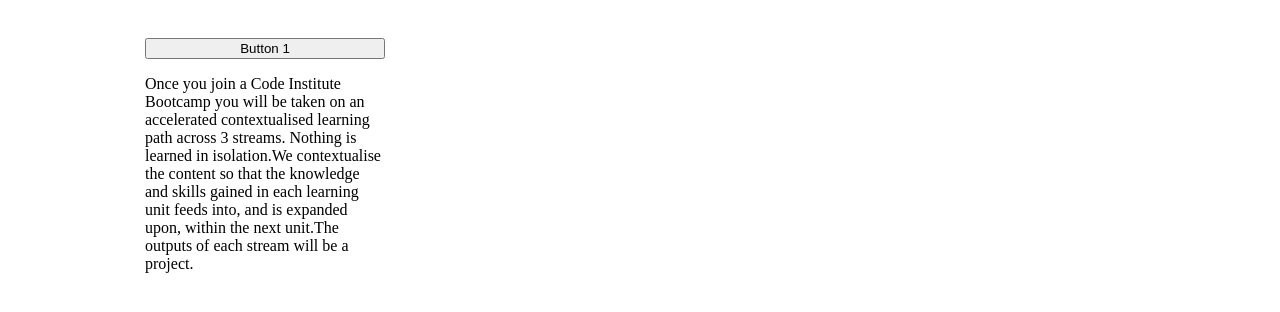
Repository: Lemoenskil/Method_Chaining_Challenge
Page: button.html
The author's editor kept a record of every edit. The page is drawn from the files as they stood at one moment, then again after the next edit.
The browser window is 1280 px wide. The pictures show the whole page.
Some web libraries are served in a nearby version.

Above is the page before.

After the next edit:
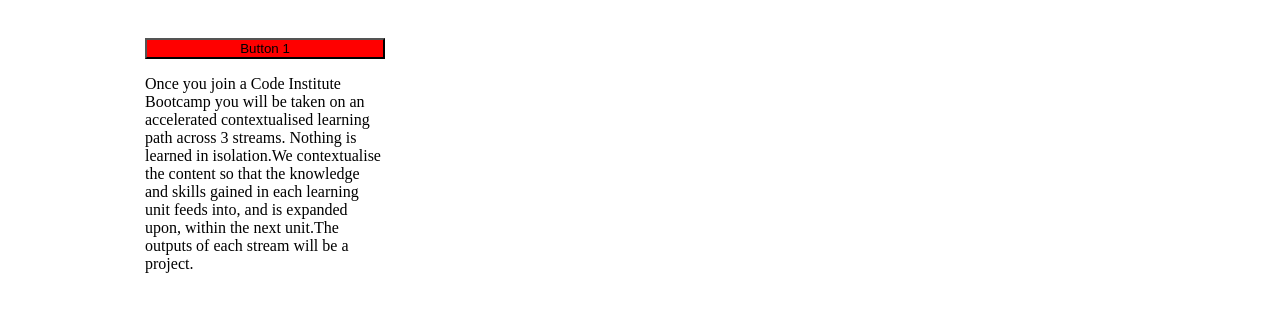
The edit:
--- a/css/style.css
+++ b/css/style.css
@@ -36,7 +36,12 @@
 	background-color: #fff;
 }
 
-
+.makeRed{
+	background-color: red;
+}
+.makeBorder{
+	border: 2px;
+}
 /*************************
 Navigation
 **************************/
